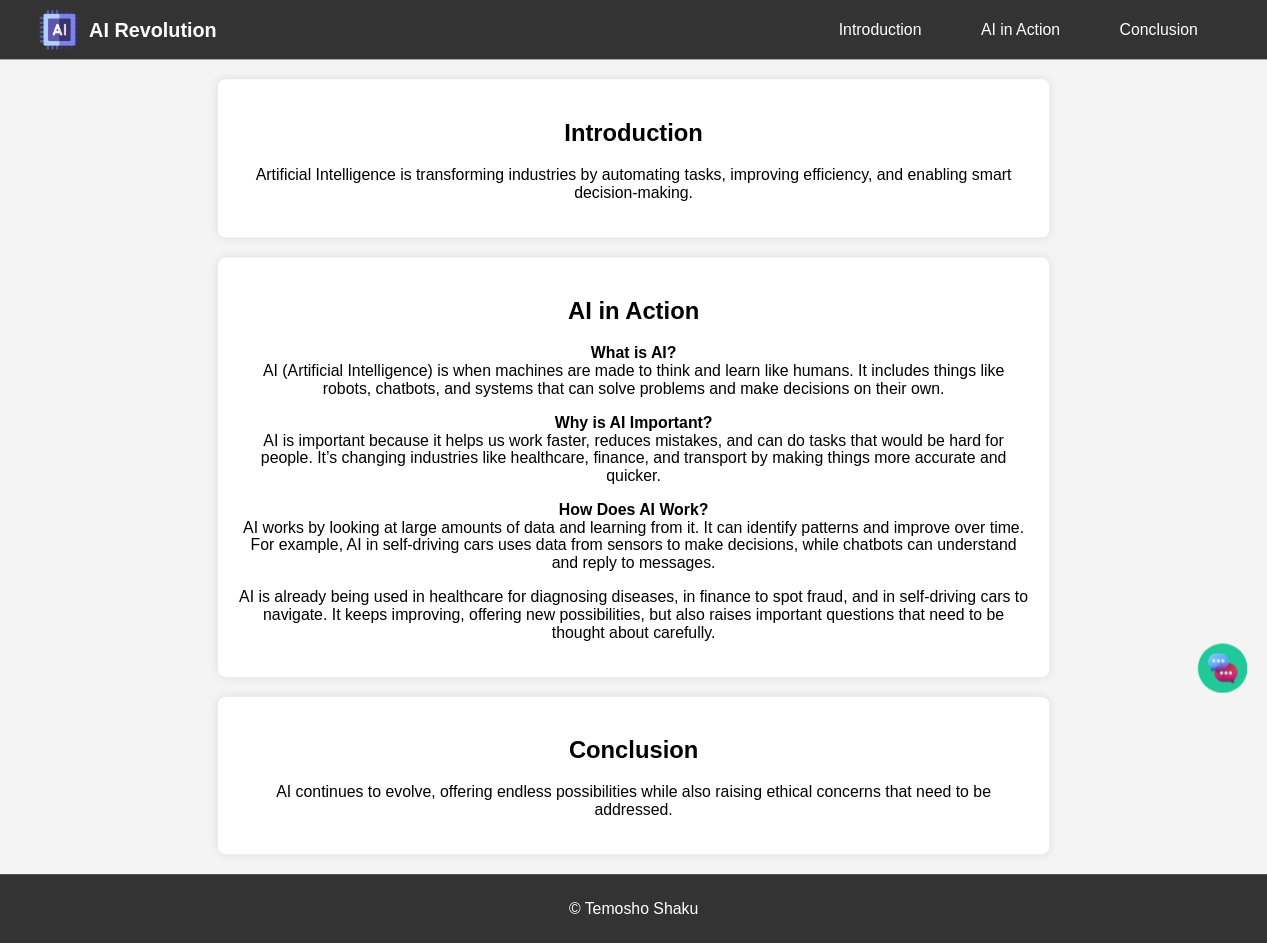
Repository: TemoshoS/ai
Page: index.html
These files come from the project's save history. The page is drawn as it stood at one moment and after the next save; the edit follows.
The browser window is 1280 px wide. The pictures show the whole page, at 99% of full size.

Above is the page before, as saved 2025-02-17 10:53:22.

### index.html
<!DOCTYPE html>
<html lang="en">
<head>
    <meta charset="UTF-8">
    <meta name="viewport" content="width=device-width, initial-scale=1.0">
    <title>AI Revolution</title>
    <link rel="stylesheet" href="styles.css">
</head>
<body>

    <nav>
        <div class="nav-container">
            <div class="logo">
                <img src="./ai.png" alt="AI Logo">
                <span>AI Revolution</span>
            </div>
            <ul class="nav-links">
                <li><a href="#intro">Introduction</a></li>
                <li><a href="#body">AI in Action</a></li>
                <li><a href="#conclusion">Conclusion</a></li>
            </ul>
        </div>
    </nav>

    <section id="intro">
        <h2>Introduction</h2>
        <p>Artificial Intelligence is transforming industries by automating tasks, improving efficiency, and enabling smart decision-making.</p>
    </section>

    <section id="body">
        <h2>AI in Action</h2>
        <p><strong>What is AI?</strong><br>AI (Artificial Intelligence) is when machines are made to think and learn like humans. It includes things like robots, chatbots, and systems that can solve problems and make decisions on their own.</p>

        <p><strong>Why is AI Important?</strong><br>AI is important because it helps us work faster, reduces mistakes, and can do tasks that would be hard for people. It’s changing industries like healthcare, finance, and transport by making things more accurate and quicker.</p>

        <p><strong>How Does AI Work?</strong><br>AI works by looking at large amounts of data and learning from it. It can identify patterns and improve over time. For example, AI in self-driving cars uses data from sensors to make decisions, while chatbots can understand and reply to messages.</p>

        <p>AI is already being used in healthcare for diagnosing diseases, in finance to spot fraud, and in self-driving cars to navigate. It keeps improving, offering new possibilities, but also raises important questions that need to be thought about carefully.</p>
    </section>

    <div id="chatbot">


        <!-- Chat Icon -->
        <div id="chatIcon">
            <img src="./speech-bubble.png" alt="Chat" />
        </div>

        <!-- Chat Box -->
        <div id="chatBox">
            <div class="chat-header">
                <span>AI Chat</span>
                <button id="closeChat">&times;</button>
            </div>
            <div class="chat-body">
                <p>Welcome! Ask me anything.</p>
            </div>
            <input type="text" id="chatInput" placeholder="Type your message...">
            <button id="sendChat">Send</button>
        </div>
    </div>


    <section id="conclusion">
        <h2>Conclusion</h2>
        <p>AI continues to evolve, offering endless possibilities while also raising ethical concerns that need to be addressed.</p>
    </section>

    <footer>
        <p>&copy; Temosho Shaku</p>
    </footer>

    <script src="script.js"></script>
</body>
</html>

### styles.css
body {
    font-family: Arial, sans-serif;
    margin: 0;
    padding: 0;
    background-color: #f4f4f4;
    text-align: center;
}

/* NAVIGATION BAR */
nav {
    background: #333;
    padding: 10px 20px;
}

.nav-container {
    display: flex;
    justify-content: space-between;
    align-items: center;
    max-width: 1200px;
    margin: auto;
}

.logo {
    display: flex;
    align-items: center;
}

.logo img {
    width: 40px;
    height: 40px;
    margin-right: 10px;
}

.logo span {
    font-size: 20px;
    color: white;
    font-weight: bold;
}

.nav-links {
    list-style: none;
    display: flex;
    margin: 0;
    padding: 0;
}

.nav-links li {
    margin: 0 15px;
}

.nav-links li a {
    color: white;
    text-decoration: none;
    padding: 10px 15px;
    display: block;
}

.nav-links li a:hover {
    background-color: #20C997;
    border-radius: 5px;
}

/* CONTENT */
section {
    padding: 20px;
    max-width: 800px;
    margin: auto;
    background: white;
    margin-top: 20px;
    border-radius: 8px;
    box-shadow: 0px 0px 10px rgba(0, 0, 0, 0.1);
}

/* AI CHAT */
input {
    padding: 10px;
    width: 80%;
    border: 1px solid #ccc;
    border-radius: 5px;
    margin-top: 10px;
}

button {
    background-color: #20C997;
    color: white;
    padding: 10px 20px;
    border: none;
    font-size: 16px;
    cursor: pointer;
    margin-top: 10px;
    border-radius: 5px;
}

button:hover {
    background-color: #17a589;
}

#aiResponse {
    font-weight: bold;
    color: #333;
    margin-top: 15px;
}
/* Chat Icon */
#chatIcon {
    position: fixed;
    bottom: 20px;
    right: 20px;
    background-color: #20C997;
    width: 50px;
    height: 50px;
    border-radius: 50%;
    display: flex;
    justify-content: center;
    align-items: center;
    cursor: pointer;
}

#chatIcon img {
    width: 30px;
    height: 30px;
}

/* Chat Box */
#chatBox {
    position: fixed;
    bottom: 80px;
    right: 20px;
    width: 300px;
    background: white;
    box-shadow: 0px 0px 10px rgba(0, 0, 0, 0.2);
    border-radius: 8px;
    display: none;
    flex-direction: column;
}

.chat-header {
    background: #20C997;
    color: white;
    padding: 10px;
    display: flex;
    justify-content: space-between;
    align-items: center;
    font-weight: bold;
}

.chat-header button {
    background: none;
    border: none;
    color: white;
    font-size: 20px;
    cursor: pointer;
}

.chat-body {
    padding: 10px;
    max-height: 200px;
    overflow-y: auto;
}

#chatInput {
    width: 80%;
    padding: 10px;
    border: 1px solid #ccc;
    border-radius: 5px;
    margin: 10px;
}

#sendChat {
    background-color: #20C997;
    color: white;
    padding: 10px;
    border: none;
    cursor: pointer;
    border-radius: 5px;
}


/* FOOTER */
footer {
    margin-top: 20px;
    background-color: #333;
    color: white;
    padding: 10px;
}

### script.js
document.getElementById("chatIcon").addEventListener("click", function () {
    document.getElementById("chatBox").style.display = "flex";
});

document.getElementById("closeChat").addEventListener("click", function () {
    document.getElementById("chatBox").style.display = "none";
});

document.getElementById("sendChat").addEventListener("click", function () {
    let userInput = document.getElementById("chatInput").value.trim();
    let chatBody = document.querySelector(".chat-body");

    if (!userInput) {
        alert("Please enter a message!");
        return;
    }

    // Display user message
    let userMessage = document.createElement("p");
    userMessage.style.textAlign = "right";
    userMessage.style.color = "#20C997";
    userMessage.innerText = "You: " + userInput;
    chatBody.appendChild(userMessage);

    document.getElementById("chatInput").value = "";

    // Simulate AI response
    setTimeout(() => {
        let fakeResponses = [
            "AI helps automate repetitive tasks.",
            "Machine learning enables computers to learn from data.",
            "AI is used in chatbots, self-driving cars, and healthcare.",
            "AI raises ethical concerns, including bias and job automation.",
            "AI can improve cybersecurity by detecting threats."
        ];

        let randomResponse = fakeResponses[Math.floor(Math.random() * fakeResponses.length)];

        let aiMessage = document.createElement("p");
        aiMessage.style.textAlign = "left";
        aiMessage.style.color = "#333";
        aiMessage.innerText = "AI: " + randomResponse;
        chatBody.appendChild(aiMessage);

        chatBody.scrollTop = chatBody.scrollHeight;
    }, 1500);
});

After the next save:
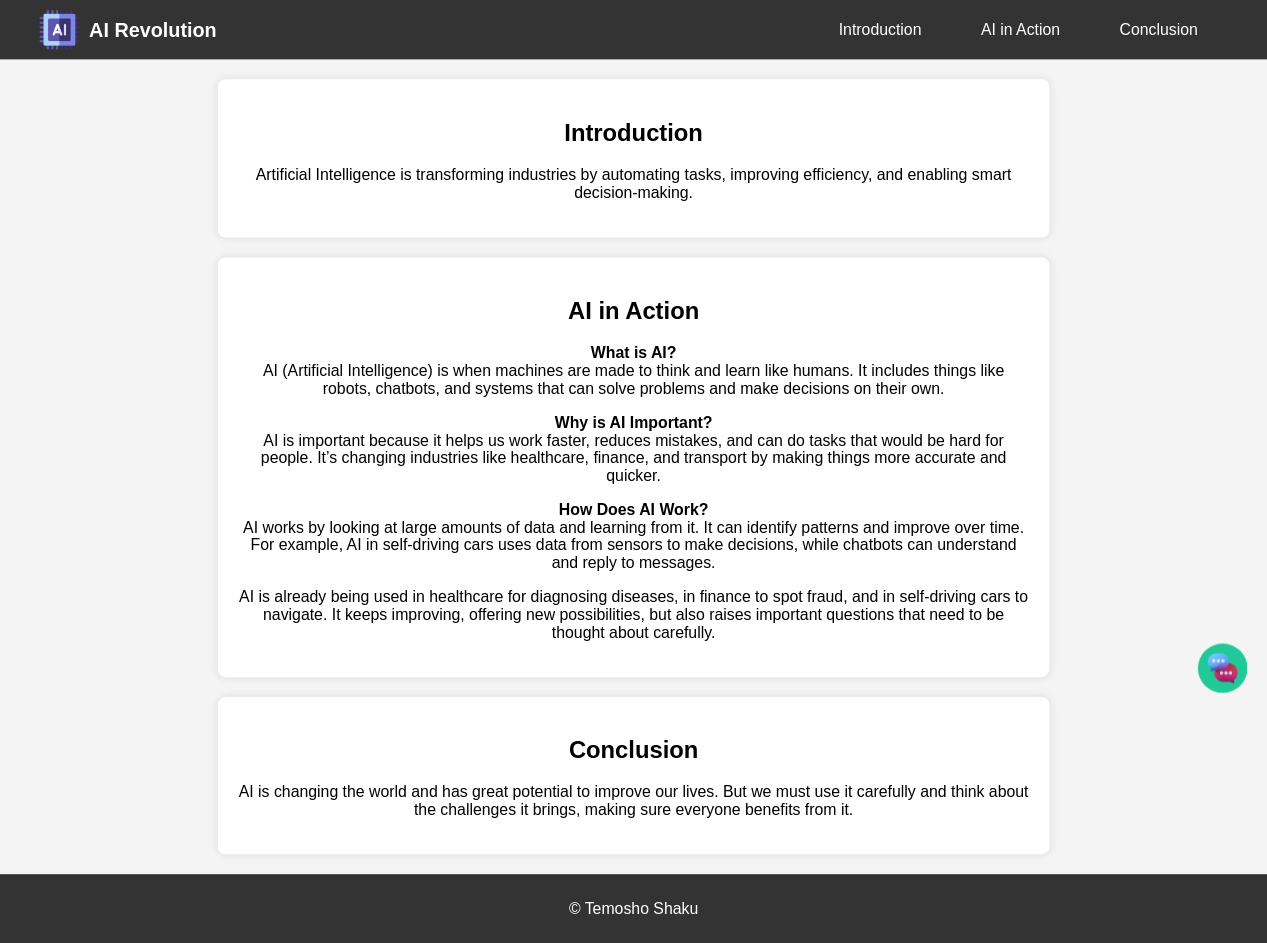
Saved 21 min 43 s later.
--- a/index.html
+++ b/index.html
@@ -63,8 +63,9 @@
 
     <section id="conclusion">
         <h2>Conclusion</h2>
-        <p>AI continues to evolve, offering endless possibilities while also raising ethical concerns that need to be addressed.</p>
+        <p>AI is changing the world and has great potential to improve our lives. But we must use it carefully and think about the challenges it brings, making sure everyone benefits from it.</p>
     </section>
+
 
     <footer>
         <p>&copy; Temosho Shaku</p>
